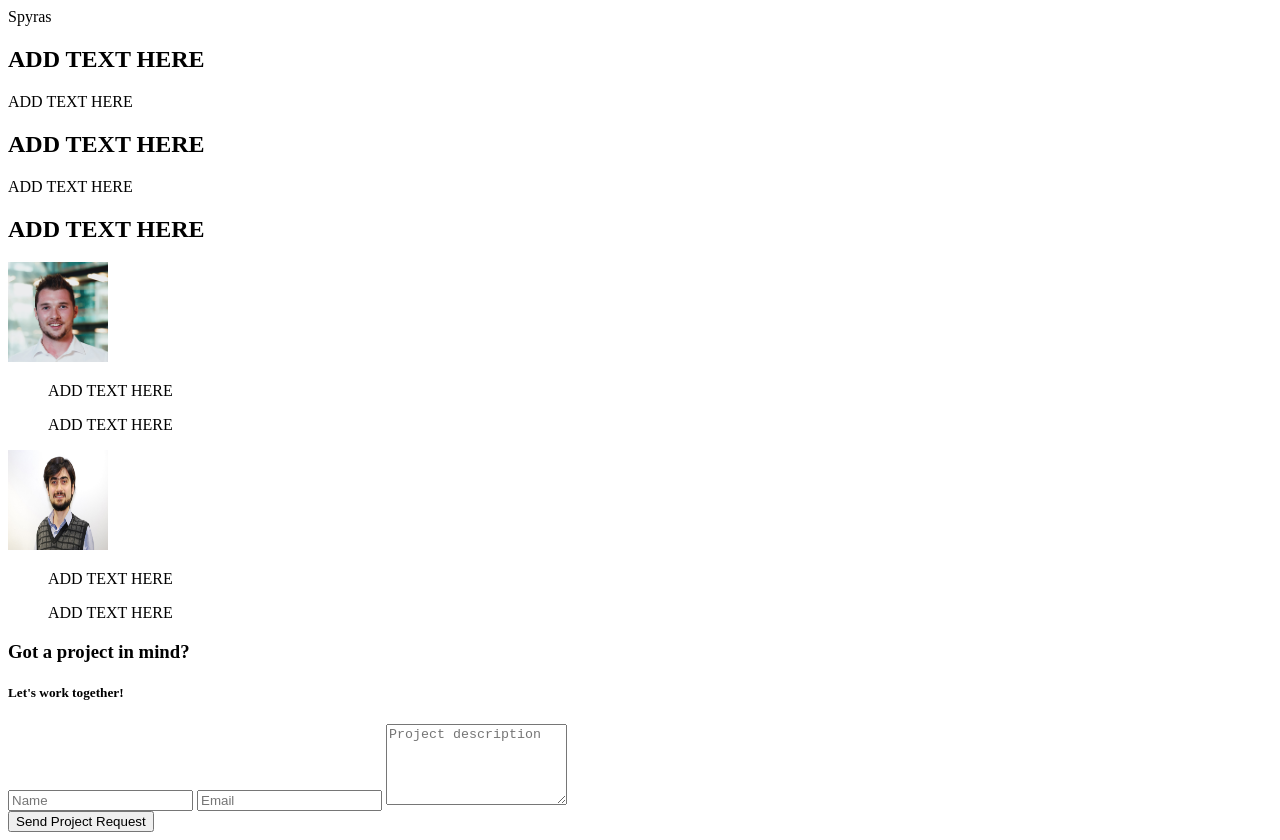
Repository: LibbyWin/Spyras_01
Page: index.html
The author's editor kept a record of every edit. The page is drawn from the files as they stood at one moment, then again after the next edit.
The browser window is 1280 px wide. The pictures show the whole page.

Above is the page before.

After the next edit:
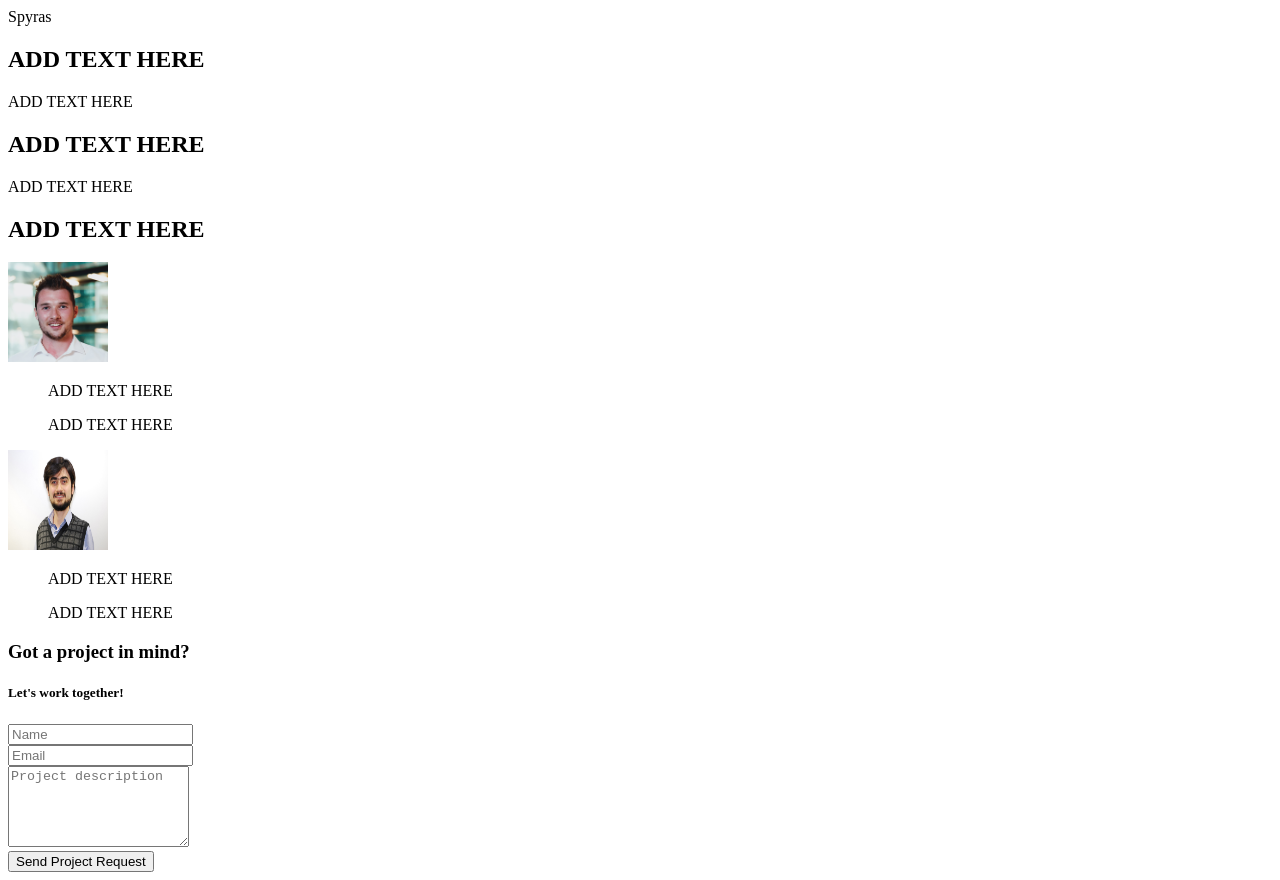
The edit:
--- a/index.html
+++ b/index.html
@@ -120,8 +120,16 @@
 
             <div class="center-form">
                 <form>
-                    <input type="text" name="name" id="fullname" class="form-control" placeholder="Name" required />
-                    <input type="email" name="email" id="emailaddress" class="form-control" placeholder="Email" required />
+                    <div class="row contact">
+                        <div class="form-group">
+                            <input type="text" name="name" id="fullname" class="form-control" placeholder="Name" required />
+                        </div>
+                    </div>
+                    <div class="row contact">
+                        <div class="form-group">
+                            <input type="email" name="email" id="emailaddress" class="form-control" placeholder="Email" required />
+                        </div>
+                    </div>
                     <textarea rows="5" name="projectsummary" id="projectsummary" class="form-control" placeholder="Project description" required></textarea>
                     <div class="form-row text-center">
                         <div class="col">
